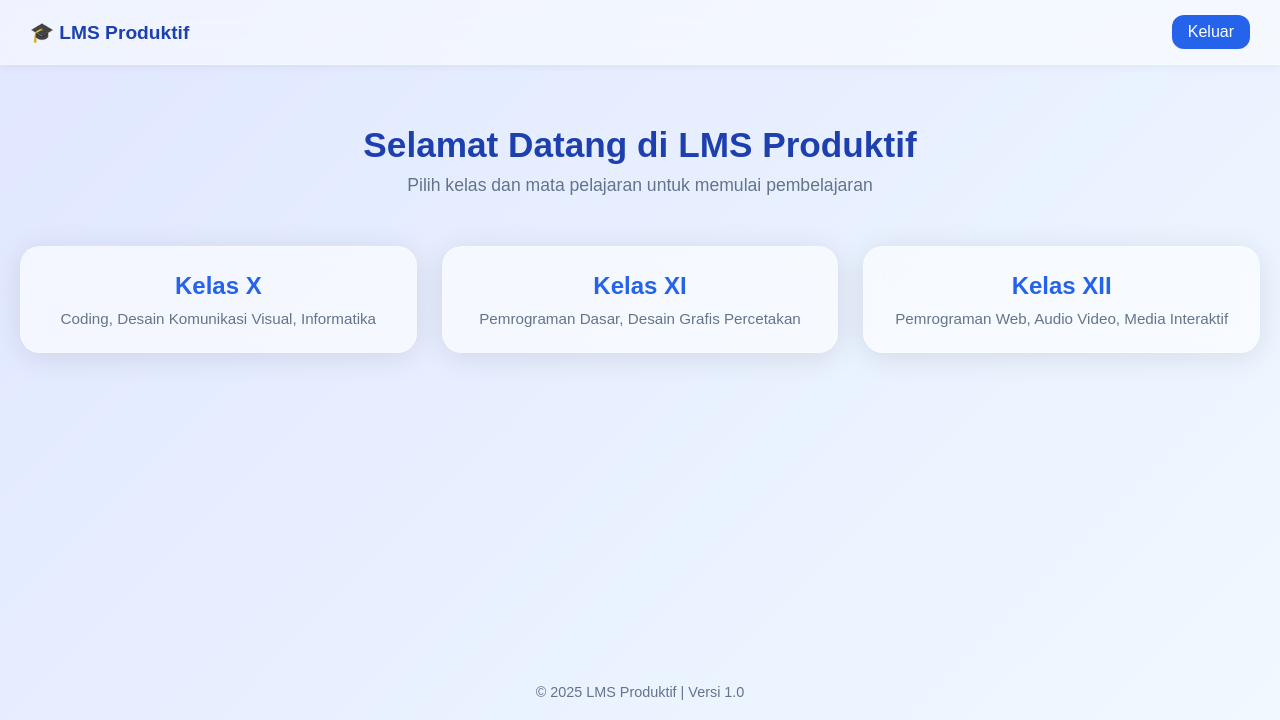
Repository: smkmutipugademak/elearning
Page: index.html
The author's editor kept a copy of each file at every save. The page is drawn from the files as they stood at one save, then again after the next save.
The browser window is 1280 px wide. The pictures show the whole page.

Above is the page before, as saved 2025-11-07 01:17:54.

### index.html
<!DOCTYPE html>
<html lang="id">

<head>
    <meta charset="UTF-8">
    <meta name="viewport" content="width=device-width, initial-scale=1.0">
    <title>LMS Produktif | Dashboard</title>
    <link rel="stylesheet" href="home.css">
</head>

<body>
    <header class="navbar">
        <div class="logo">🎓 LMS Produktif</div>
        <a href="#" class="btn-logout">Keluar</a>
    </header>

    <main class="dashboard">
        <h1>Selamat Datang di LMS Produktif</h1>
        <p class="subtitle">Pilih kelas dan mata pelajaran untuk memulai pembelajaran</p>

        <!-- PILIH KELAS -->
        <section id="kelasSection" class="dashboard-grid">
            <div class="card kelas" data-kelas="X">
                <h2>Kelas X</h2>
                <p>Coding, Desain Komunikasi Visual, Informatika</p>
            </div>
            <div class="card kelas" data-kelas="XI">
                <h2>Kelas XI</h2>
                <p>Pemrograman Dasar, Desain Grafis Percetakan</p>
            </div>
            <div class="card kelas" data-kelas="XII">
                <h2>Kelas XII</h2>
                <p>Pemrograman Web, Audio Video, Media Interaktif</p>
            </div>
        </section>

        <!-- PILIH MAPEL -->
        <section id="mapelSection" class="hidden">
            <h2>Pilih Mata Pelajaran</h2>
            <div id="mapelList" class="dashboard-grid"></div>
            <button class="btn-back-home" id="backToKelas">← Kembali ke Pilihan Kelas</button>
        </section>

        <!-- PILIH MENU (Teori, Praktikum, TryOut, Kisi-Kisi) -->
        <section id="menuSection" class="hidden">
            <h2 id="selectedMapelTitle"></h2>
            <div class="dashboard-grid" id="menuList">
                <div class="card menu" data-menu="teori">
                    <h3>📘 Teori</h3>
                    <p>Materi pembelajaran teori</p>
                </div>
                <div class="card menu" data-menu="praktikum">
                    <h3>🔬 Praktikum</h3>
                    <p>Tugas dan panduan praktikum</p>
                </div>
                <div class="card menu" data-menu="tryout">
                    <h3>🧩 TryOut</h3>
                    <p>Latihan soal pilihan ganda</p>
                </div>
                <div class="card menu" data-menu="kisikisi">
                    <h3>📄 Kisi-Kisi</h3>
                    <p>Rangkuman dan panduan ujian</p>
                </div>
            </div>
            <button class="btn-back-home" id="backToMapel">← Kembali ke Pilihan Mapel</button>
        </section>

        <!-- PILIH BAB TRYOUT -->
        <section id="babSection" class="hidden">
            <h2>Pilih Latihan TryOut</h2>
            <div id="babList" class="dashboard-grid"></div>
            <button class="btn-back-home" id="backToMenu">← Kembali ke Menu Mapel</button>
        </section>
    </main>

    <footer class="footer">
        <p>© 2025 LMS Produktif | Versi 1.0</p>
    </footer>
    <script src="home.js"></script>
</body>

### home.css
/* =========================================================
   🎓 LMS PRODUKTIF — MODERN GLASSMORPHIC DASHBOARD
   Versi 2.0 (by GPT-5)
   ========================================================= */

/* === ROOT THEME COLORS === */
:root {
    --primary: #2563eb;
    --primary-dark: #1e40af;
    --bg: linear-gradient(135deg, #e0e7ff, #f0f9ff);
    --card-bg: rgba(255, 255, 255, 0.6);
    --text-dark: #0f172a;
    --text-light: #64748b;
    --radius: 20px;
    --shadow: 0 4px 30px rgba(0, 0, 0, 0.1);
    --glass-blur: blur(10px);
}

/* === DARK MODE THEME === */
body.dark {
    --bg: linear-gradient(135deg, #1e293b, #0f172a);
    --card-bg: rgba(30, 41, 59, 0.7);
    --text-dark: #f1f5f9;
    --text-light: #94a3b8;
    --primary: #60a5fa;
    --primary-dark: #3b82f6;
    --shadow: 0 6px 30px rgba(0, 0, 0, 0.6);
}

/* === GLOBAL RESET === */
* {
    margin: 0;
    padding: 0;
    box-sizing: border-box;
}

body {
    font-family: 'Poppins', sans-serif;
    background: var(--bg);
    color: var(--text-dark);
    transition: background 0.4s ease, color 0.4s ease;
    min-height: 100vh;
    display: flex;
    flex-direction: column;
}

/* === NAVBAR === */
.navbar {
    background: rgba(255, 255, 255, 0.5);
    backdrop-filter: blur(12px);
    display: flex;
    justify-content: space-between;
    align-items: center;
    padding: 15px 30px;
    border-bottom: 1px solid rgba(255, 255, 255, 0.3);
    box-shadow: 0 2px 8px rgba(0, 0, 0, 0.05);
    position: sticky;
    top: 0;
    z-index: 10;
}

body.dark .navbar {
    background: rgba(30, 41, 59, 0.6);
}

.logo {
    font-weight: 600;
    color: var(--primary-dark);
    font-size: 1.2rem;
    display: flex;
    align-items: center;
    gap: 6px;
}

.btn-logout {
    background: var(--primary);
    color: white;
    padding: 8px 16px;
    border-radius: 12px;
    text-decoration: none;
    transition: 0.3s;
    font-weight: 500;
}

.btn-logout:hover {
    background: var(--primary-dark);
    transform: translateY(-2px);
}

/* === DARK MODE TOGGLE === */
.toggle-dark {
    cursor: pointer;
    background: transparent;
    border: none;
    color: var(--text-dark);
    font-size: 1.3rem;
    transition: 0.3s;
}

.toggle-dark:hover {
    color: var(--primary);
}

/* === DASHBOARD === */
.dashboard {
    text-align: center;
    padding: 60px 20px;
    flex: 1;
}

.dashboard h1 {
    font-size: 2.2rem;
    color: var(--primary-dark);
    margin-bottom: 10px;
}

.subtitle {
    font-size: 1.1rem;
    color: var(--text-light);
    margin-bottom: 40px;
}

/* === GRID CONTAINER === */
.dashboard-grid {
    display: grid;
    grid-template-columns: repeat(auto-fit, minmax(220px, 1fr));
    gap: 25px;
    justify-content: center;
    align-items: stretch;
    padding: 10px 0 40px;
}

/* === CARD === */
.card {
    background: var(--card-bg);
    backdrop-filter: var(--glass-blur);
    border-radius: var(--radius);
    box-shadow: var(--shadow);
    border: 1px solid rgba(255, 255, 255, 0.3);
    transition: all 0.35s ease;
    cursor: pointer;
    padding: 25px 20px;
}

.card:hover {
    transform: translateY(-6px) scale(1.03);
    background: rgba(255, 255, 255, 0.9);
    box-shadow: 0 10px 25px rgba(37, 99, 235, 0.25);
}

body.dark .card:hover {
    background: rgba(30, 41, 59, 0.9);
}

.card h2,
.card h3 {
    margin: 0 0 10px;
    color: var(--primary);
    font-weight: 600;
}

.card p {
    color: var(--text-light);
    font-size: 0.95rem;
}

/* === BUTTON === */
.btn-back-home {
    background: var(--primary);
    color: white;
    border: none;
    padding: 12px 24px;
    border-radius: 14px;
    cursor: pointer;
    transition: all 0.3s ease;
    box-shadow: 0 4px 10px rgba(37, 99, 235, 0.3);
    font-size: 1rem;
}

.btn-back-home:hover {
    background: var(--primary-dark);
    transform: translateY(-3px);
}

/* === HIDDEN SECTIONS === */
.hidden {
    display: none;
}

/* === ANIMATIONS === */
.fade-in {
    animation: fadeIn 0.5s ease forwards;
}

.fade-out {
    animation: fadeOut 0.4s ease forwards;
}

@keyframes fadeIn {
    from {
        opacity: 0;
        transform: translateY(10px) scale(0.98);
    }

    to {
        opacity: 1;
        transform: translateY(0) scale(1);
    }
}

@keyframes fadeOut {
    from {
        opacity: 1;
        transform: scale(1);
    }

    to {
        opacity: 0;
        transform: scale(0.97);
    }
}

/* === FOOTER === */
.footer {
    text-align: center;
    padding: 20px 10px;
    font-size: 0.9rem;
    color: var(--text-light);
}

/* === RESPONSIVE === */
@media (max-width: 768px) {
    .dashboard {
        padding: 40px 15px;
    }

    .dashboard h1 {
        font-size: 1.8rem;
    }

    .dashboard-grid {
        grid-template-columns: repeat(auto-fit, minmax(160px, 1fr));
        gap: 18px;
    }

    .card {
        padding: 18px;
    }

    .btn-back-home {
        width: 100%;
        font-size: 0.9rem;
        padding: 10px;
    }
}

### home.js
// === Ambil elemen DOM ===
const kelasSection = document.getElementById("kelasSection");
const mapelSection = document.getElementById("mapelSection");
const mapelList = document.getElementById("mapelList");
const menuSection = document.getElementById("menuSection");
const menuList = document.getElementById("menuList");
const babSection = document.getElementById("babSection");
const babList = document.getElementById("babList");

// Tombol kembali (harus pastikan ada di HTML)
const backToKelas = document.getElementById("backToKelas");
const backToMapel = document.getElementById("backToMapel");
const backToMenu = document.getElementById("backToMenu");

// === Data Mapel per Kelas ===
const mapelPerKelas = {
    X: ["Coding", "Desain Komunikasi Visual", "Informatika"],
    XI: ["Pemrograman Dasar", "Desain Grafis Percetakan"],
    XII: [
        "Pemrograman Web dan Perangkat Bergerak",
        "Teknik Pengolahan Audio dan Video",
        "Desain Media Interaktif",
    ],
};

// === Data Bab ===
const babListData = ["Latihan Bab 1", "Latihan Bab 2", "Latihan Bab 3"];

// === PILIH KELAS ===
document.querySelectorAll(".kelas").forEach((card) => {
    card.addEventListener("click", () => {
        const kelas = card.getAttribute("data-kelas");

        // tampilkan mapel sesuai kelas
        kelasSection.classList.add("hidden");
        mapelSection.classList.remove("hidden");
        mapelList.innerHTML = ""; // bersihkan dulu

        // Buat kartu mapel
        mapelPerKelas[kelas].forEach((mapel) => {
            const div = document.createElement("div");
            div.className = "card mapel fade-in";
            div.innerHTML = `<h3>${mapel}</h3><p>Kelas ${kelas}</p>`;
            div.addEventListener("click", () => showMenu(mapel));
            mapelList.appendChild(div);
        });
    });
});

// === PILIH MENU (Teori, Praktikum, TryOut, Kisi-Kisi) ===
function showMenu(mapel) {
    mapelSection.classList.add("hidden");
    menuSection.classList.remove("hidden");
    menuList.innerHTML = ""; // bersihkan

    const menus = [
        { nama: "Materi Teori", key: "teori" },
        { nama: "Praktikum", key: "praktikum" },
        { nama: "TryOut", key: "tryout" },
        { nama: "Kisi-Kisi", key: "kisi" },
    ];

    menus.forEach((menu) => {
        const div = document.createElement("div");
        div.className = "card menu fade-in";
        div.innerHTML = `<h3>${menu.nama}</h3><p>${mapel}</p>`;

        div.addEventListener("click", () => {
            if (menu.key === "tryout") {
                showBab(mapel);
            } else {
                // nanti bisa diarahkan ke halaman lain (materi.html dsb)
                alert(`${menu.nama} untuk ${mapel} akan segera tersedia!`);
            }
        });

        menuList.appendChild(div);
    });
}

// === PILIH BAB (Jika klik TryOut) ===
function showBab(mapel) {
    menuSection.classList.add("hidden");
    babSection.classList.remove("hidden");
    babList.innerHTML = "";

    babListData.forEach((bab, index) => {
        const div = document.createElement("div");
        div.className = "card bab fade-in";
        div.innerHTML = `<h3>${bab}</h3><p>${mapel}</p>`;

        div.addEventListener("click", () => {
            // buat nama file otomatis, misalnya:
            // mapel "Coding" + Bab 1 => latihan_coding_bab1.html
            const mapelSlug = mapel.toLowerCase().replace(/\s+/g, "_");
            const babSlug = bab.toLowerCase().replace("latihan bab ", "bab");
            const targetFile = `latihan_${mapelSlug}_${babSlug}.html`;

            // redirect ke file latihan sesuai mapel & bab
            window.location.href = targetFile;
        });

        babList.appendChild(div);
    });
}


// === TOMBOL KEMBALI ===
if (backToKelas)
    backToKelas.addEventListener("click", () => {
        mapelSection.classList.add("hidden");
        kelasSection.classList.remove("hidden");
    });

if (backToMapel)
    backToMapel.addEventListener("click", () => {
        menuSection.classList.add("hidden");
        mapelSection.classList.remove("hidden");
    });

if (backToMenu)
    backToMenu.addEventListener("click", () => {
        babSection.classList.add("hidden");
        menuSection.classList.remove("hidden");
    });

After the next save:
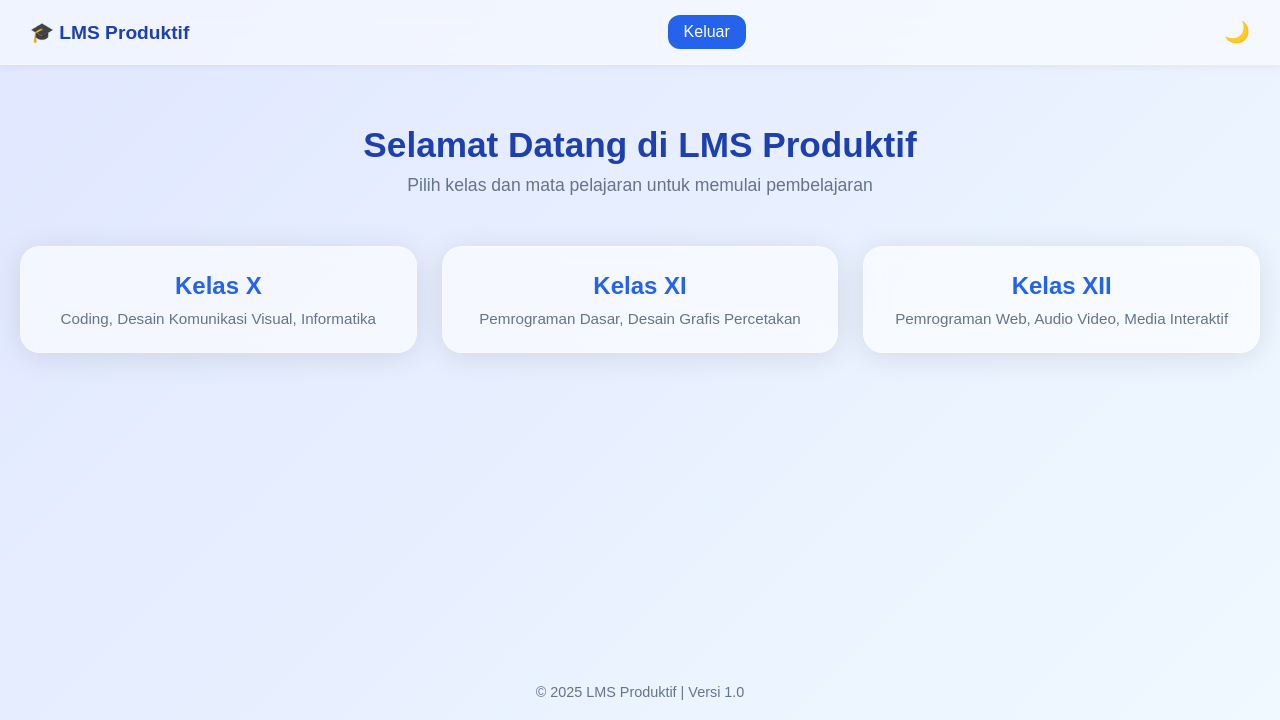
Saved 12 s later.
--- a/home.js
+++ b/home.js
@@ -123,3 +123,13 @@ if (backToMenu)
         babSection.classList.add("hidden");
         menuSection.classList.remove("hidden");
     });
+// === DARK MODE TOGGLE ===
+const toggle = document.createElement("button");
+toggle.className = "toggle-dark";
+toggle.innerHTML = "🌙";
+document.querySelector(".navbar").appendChild(toggle);
+
+toggle.addEventListener("click", () => {
+    document.body.classList.toggle("dark");
+    toggle.innerHTML = document.body.classList.contains("dark") ? "☀️" : "🌙";
+});
